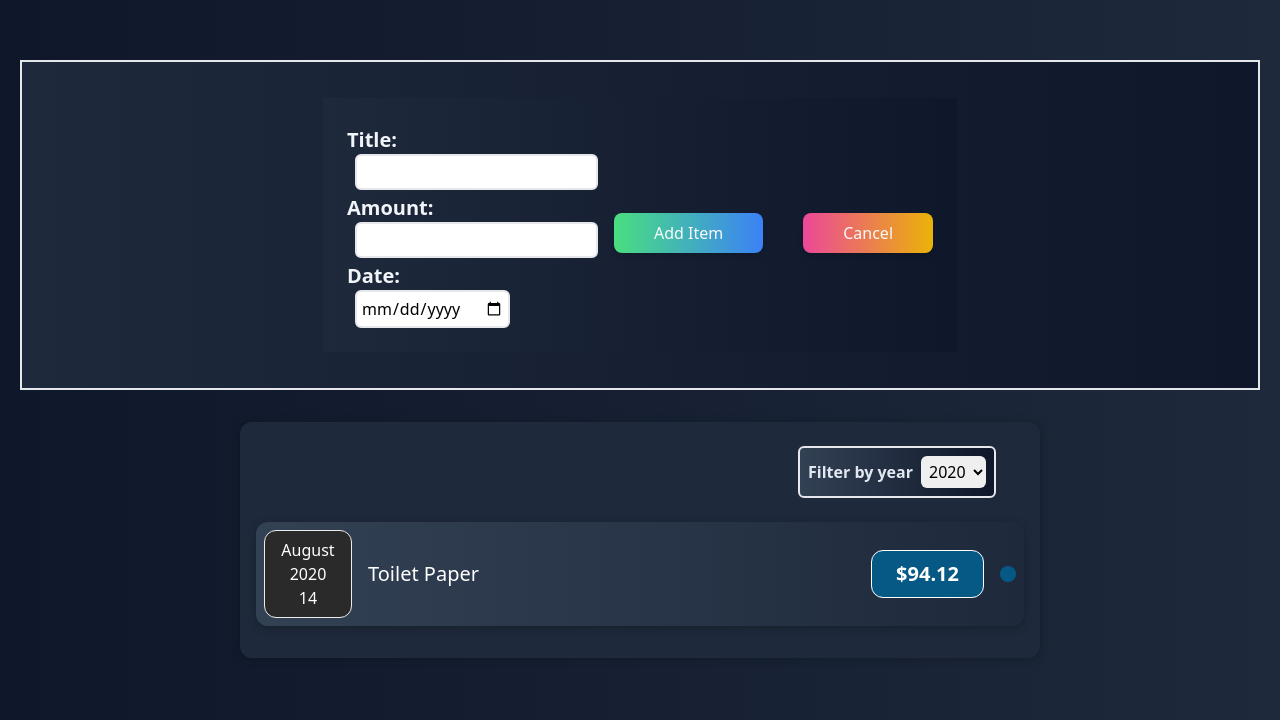
Repository: Sef24/expense-tracker
Page: /, after clicking the first element matching `button.flex`
These files come from the project's save history. The page is drawn as it stood at one moment and after the next save; the edit follows.
The browser window is 1280 px wide. The pictures show the whole page.
The project was rebuilt for these pictures with package versions that can differ from the ones it lists, and the page was loaded fresh each time. Also part of the build but not shown: src/components/NewExpense/NewExpense.css, src/components/NewExpense/ExpenseForm.css.

Above is the page before, as saved 2022-05-03 19:31:31.

After the next save:
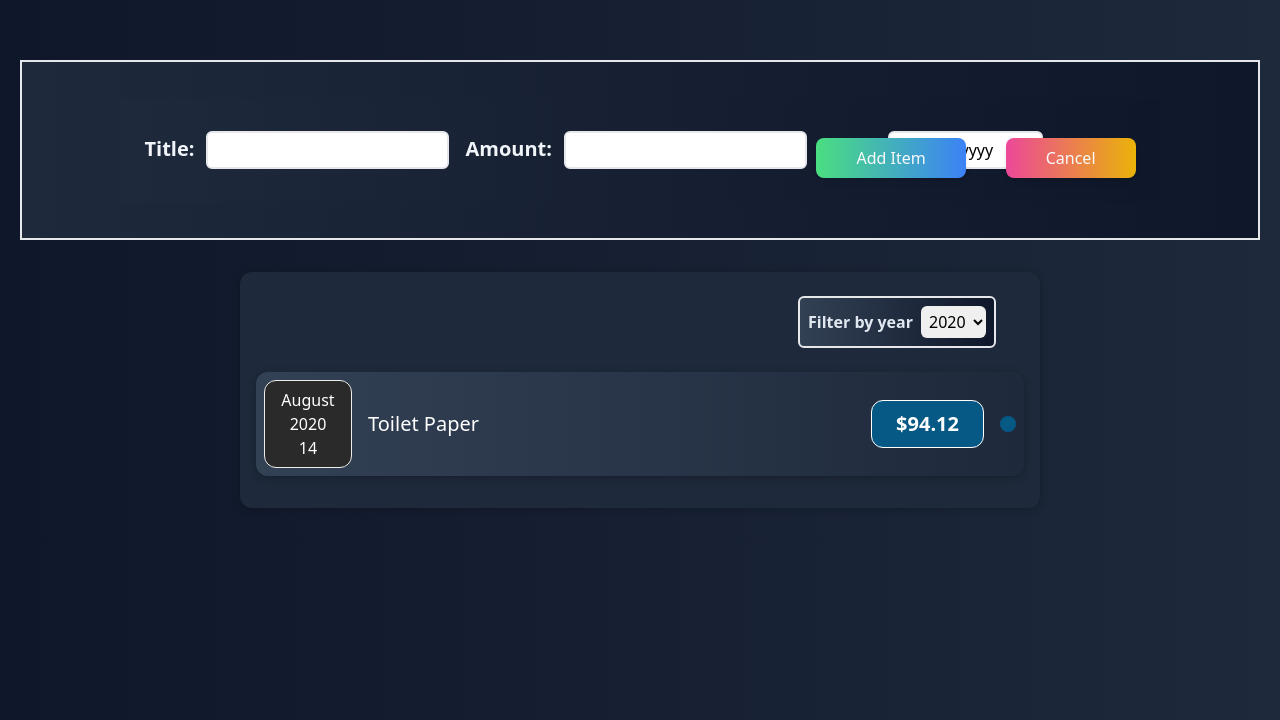
Saved 31 s later.
--- a/src/components/NewExpense/ExpenseForm.js
+++ b/src/components/NewExpense/ExpenseForm.js
@@ -34,10 +34,10 @@ function ExpenseForm(props) {
 
   return (
     <form
-      className="bg-gradient-to-r from-slate-800 to-slate-900 ... p-6 mx-8 h-auto flex flex-col sm:flex-row m-5 justify-between items-center h-auto"
+      className="bg-gradient-to-r from-slate-800 to-slate-900 ... p-6 mx-8  flex flex-col sm:flex-row m-5 justify-between items-center h-auto"
       onSubmit={handleSubmit}
     >
-      <div className="">
+      <div className="flex flex-grow justify-evenly max-w-2xl">
         <div className="font-bold text-slate-100 text-xl mr-1 mt-1">Title:</div>
         <input
           className="border-2 mr-4 ml-2 rounded-md p-1 hover:bg-slate-50 active:bg-slate-50 "
